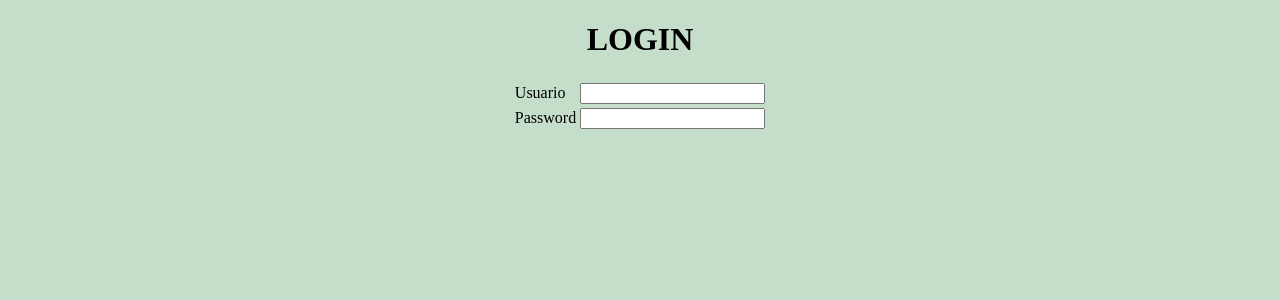
Repository: DaviOsx/LPII_CL2_CHERO_DAVIS
Page: http://localhost/LPII_CL2_CHERO_DAVIS/
An editor plug-in stored every save of this project. The page is shown before and after the next save, followed by the edit.
The browser window is 1280 px wide. The pictures show the whole page.
The page is served by Tomcat 9. Other server files are loaded and not shown.

Above is the page before, as saved 2024-06-21 03:47:16.

### LPII_CL2_CHERO_DAVIS/src/main/webapp/index.jsp
<%@ page language="java" contentType="text/html; charset=ISO-8859-1"
    pageEncoding="ISO-8859-1"%>
<!DOCTYPE html PUBLIC "-//W3C//DTD HTML 4.01 Transitional//EN" "http://www.w3.org/TR/html4/loose.dtd">
<html>
<head>
<meta http-equiv="Content-Type" content="text/html; charset=ISO-8859-1">
<title>LOGIN</title>
</head>
<body bgcolor="#c5dec9" >

<h1  align="center" >
LOGIN
</h1>

<%-- CREAR FORMULARIO --%>
<%-- ACTION HACE QUE REGRESE A MI CONTROLADOR CLIENTE --%>

<form action="ControladorCliente" method="post">
<table align="center" >

<tr>
<td> Usuario</td>
<td> <input  type="text" name="nombre"> </td>
</tr>

<tr>
<td> Password</td>
<td> <input  type="text" name="apellido"> </td>
</tr>

After the next save:
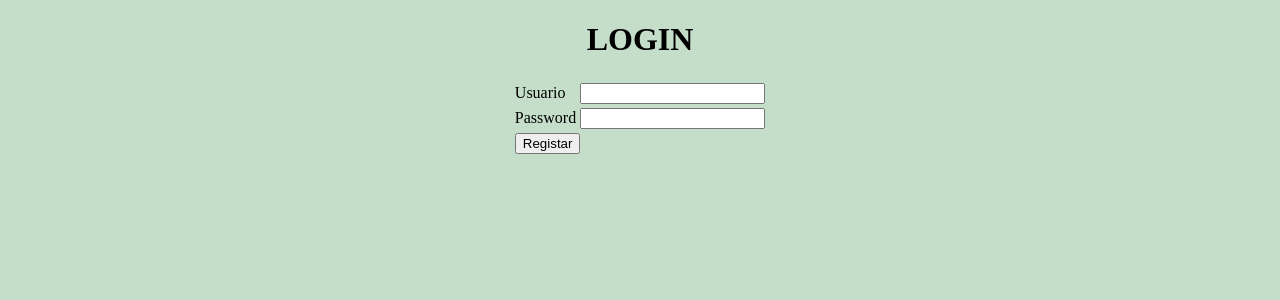
Saved 30 s later.
--- a/LPII_CL2_CHERO_DAVIS/src/main/webapp/index.jsp
+++ b/LPII_CL2_CHERO_DAVIS/src/main/webapp/index.jsp
@@ -27,3 +27,16 @@ LOGIN
 <td> Password</td>
 <td> <input  type="text" name="apellido"> </td>
 </tr>
+
+<%-- AGREGAR BOTON DE REGISTAR --%>
+<tr>
+<td colspan="2">
+<input type="submit"  value="Registar">
+</td>
+</tr>
+
+
+</table>
+</form>
+</body>
+</html>
